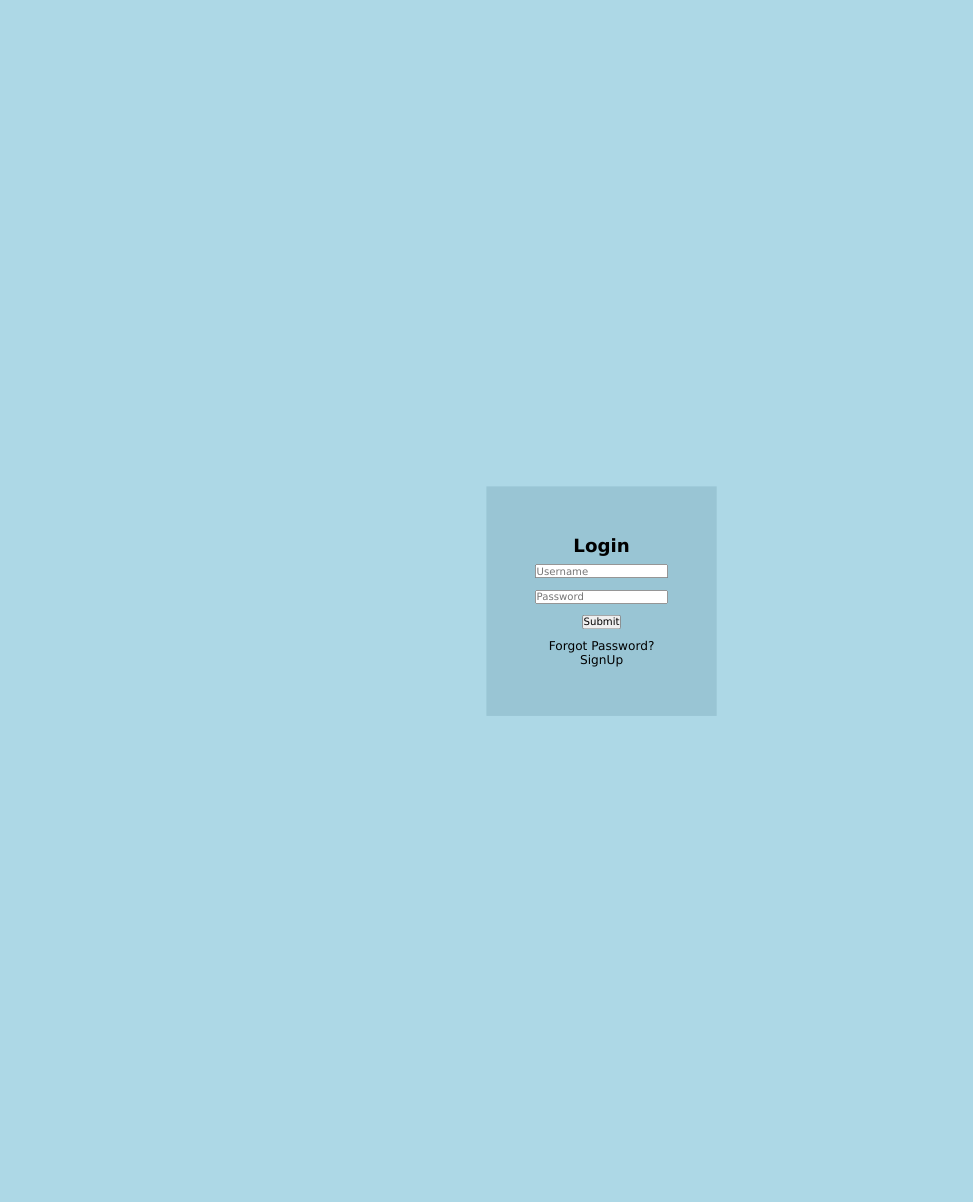
Repository: busra-kayaa/LoginPage
Page: login.html
An editor plug-in stored every save of this project. The page is shown before and after the next save, followed by the edit.
The browser window is 1280 px wide. The pictures show the whole page, at 76% of full size.

Above is the page before, as saved 2023-12-28 20:37:06.

After the next save:
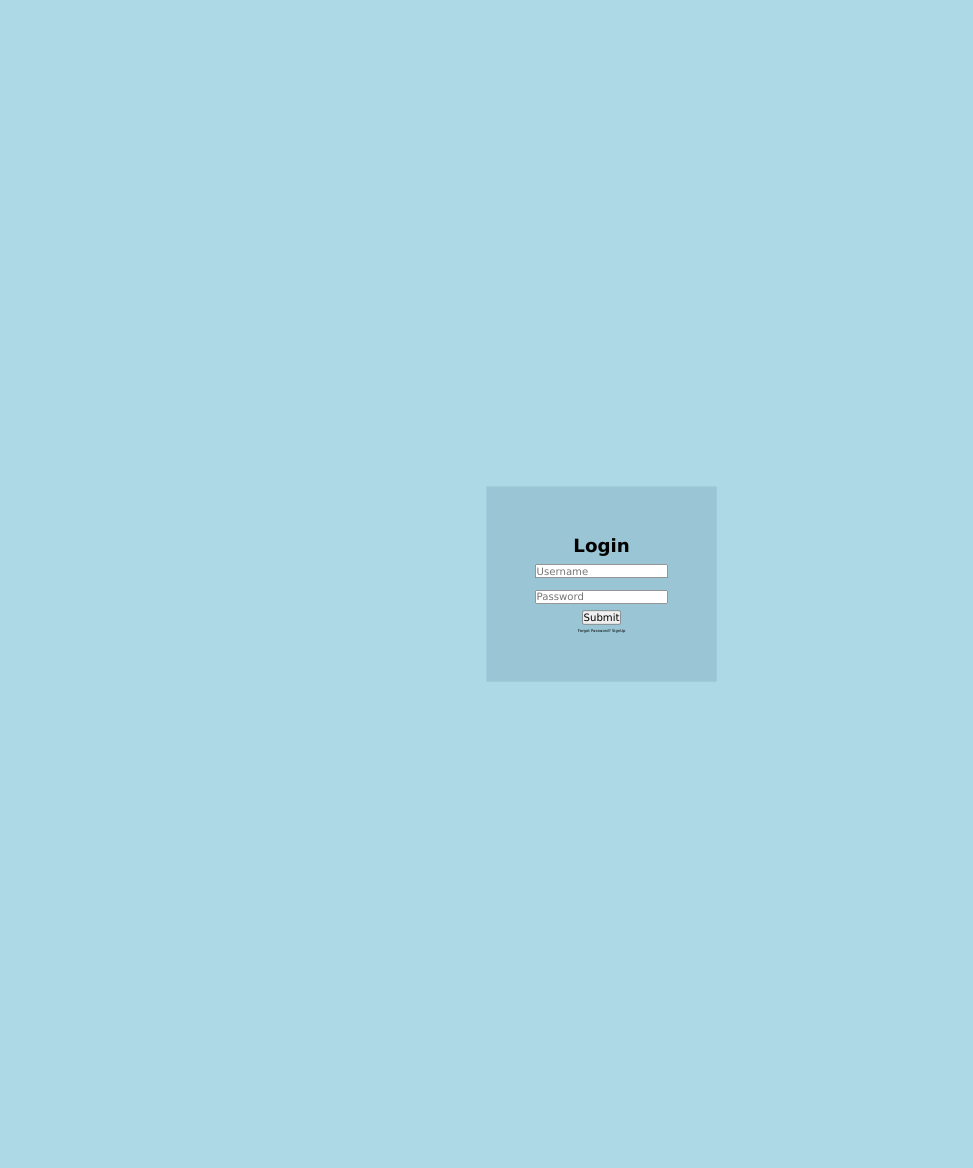
Saved 7 s later.
--- a/style.css
+++ b/style.css
@@ -38,4 +38,5 @@
 .footer {
     gap: 20px;
     margin-top: 7%;
+    font-size: 5px;
 }

After the save that followed:
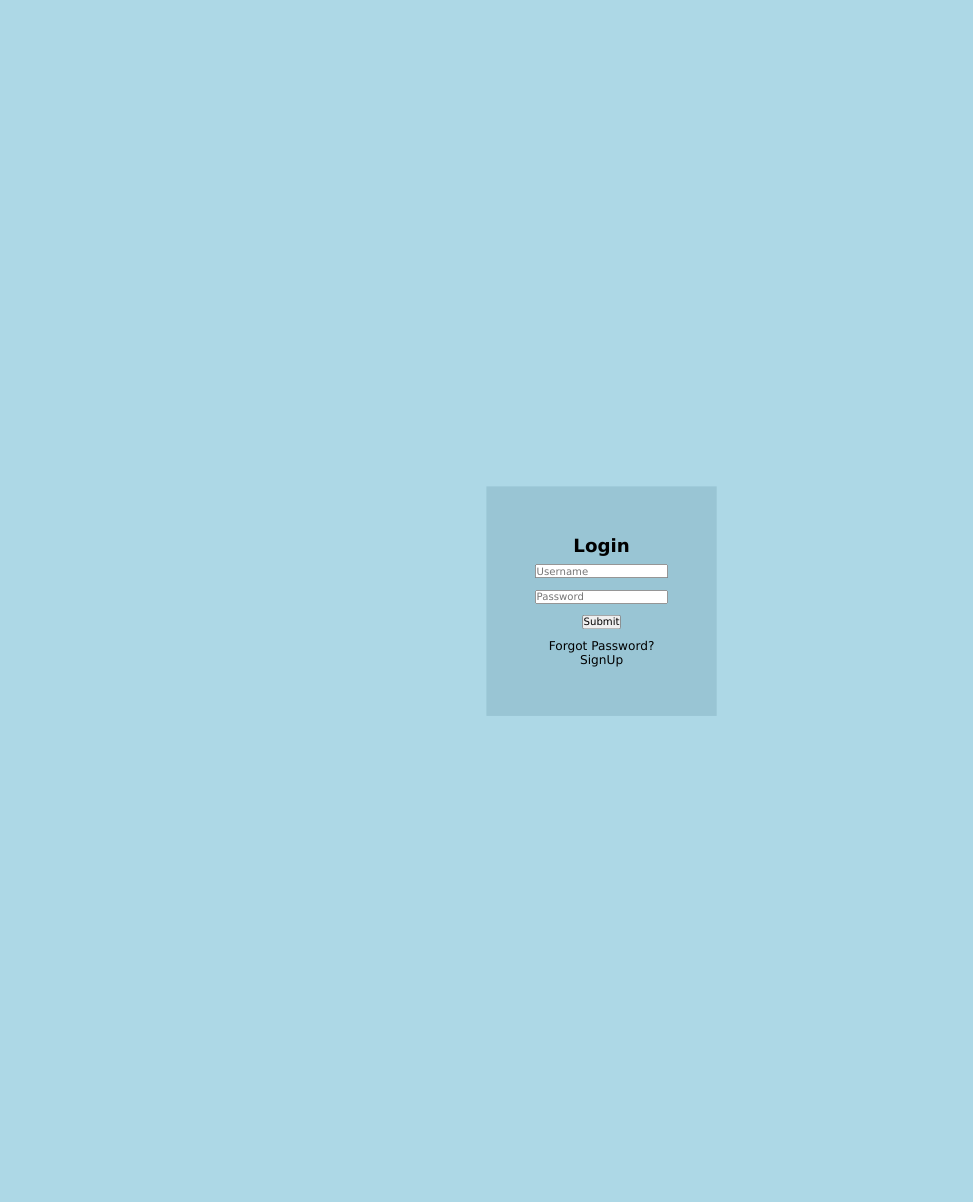
Saved 11 s later.
--- a/style.css
+++ b/style.css
@@ -38,5 +38,5 @@
 .footer {
     gap: 20px;
     margin-top: 7%;
-    font-size: 5px;
+    font-size:%20;
 }
